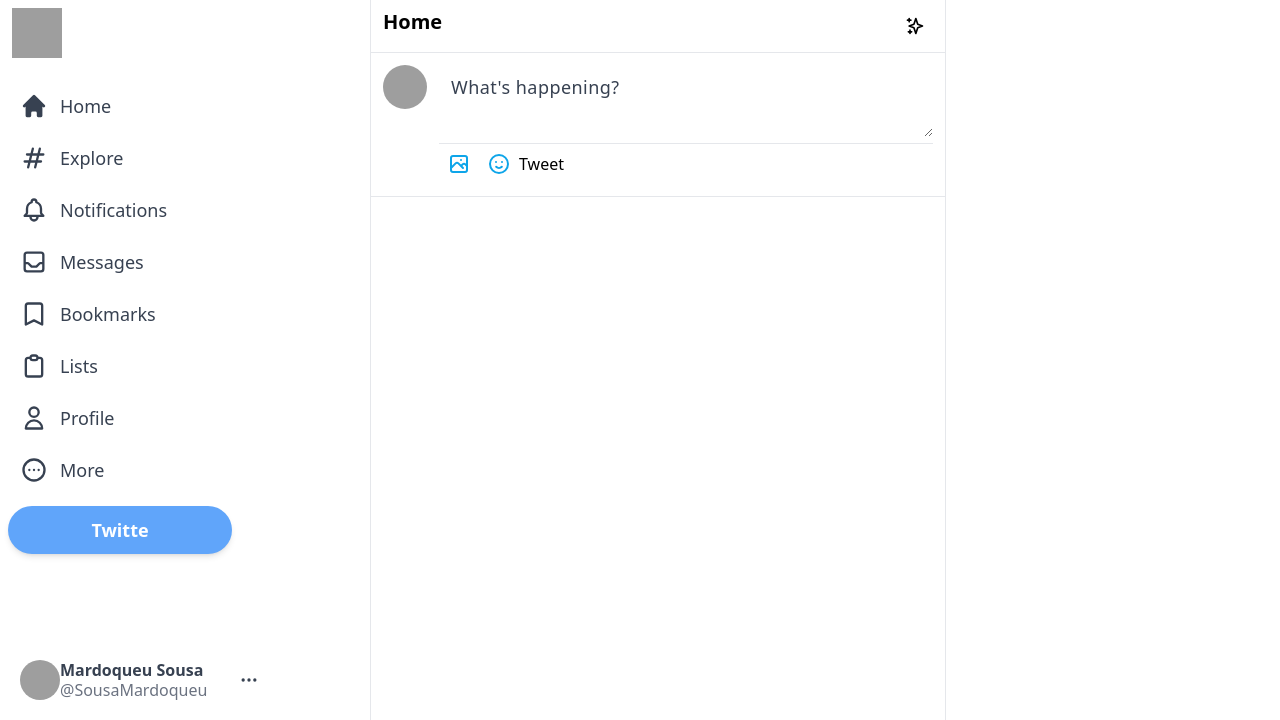
Repository: Mardoqueu/twitter
Page: /
An editor plug-in stored every save of this project. The page is shown before and after the next save, followed by the edit.
The browser window is 1280 px wide. The pictures show the whole page.
Pictures or frames that could not be fetched are drawn as grey boxes. The project was rebuilt for these pictures with package versions that can differ from the ones it lists, and the page was loaded fresh each time. The framework's server and built-in components were replaced by stand-ins that run in the browser. Also part of the build but not shown: next.config.js.

Above is the page before, as saved 2022-09-02 08:18:13.

### pages/index.js
import Head from "next/head";
import Sidebar from '../components/Sidebar';
import Feed from '../components/Feed';


export default function Home() {
  return (
    <div >
      <Head>
        <title>Twitter Clone</title>
        <meta name="description" content="Generated by create next app" />
        <link rel="icon" href="/favicon.ico" />
      </Head>

    <main className='flex min-h-screen max-w-7xl mx-auto '>
      {/* Sidebar */}
      <Sidebar />

      {/* Feed */}
      <Feed/>
      {/* Widgets */}

      {/* Modal */}

    </main>


    </div>
  )
}

### styles/globals.css
@tailwind base;
@tailwind components;
@tailwind utilities;

@layer components{
    .hoverEffect {
        @apply cursor-pointer hover:bg-gray-200 rounded-full w-[52px] xl:w-auto h-[52px] xl:h-auto xl:p-3
    }
}

### components/Sidebar.js
import Image from "next/image"
import SidebarMenuItem from "./SidebarMenuItem"
import { HomeIcon } from '@heroicons/react/solid'
import { BellIcon, BookmarkIcon, ClipboardIcon, DotsCircleHorizontalIcon, DotsHorizontalIcon, HashtagIcon, InboxIcon, UserIcon } from '@heroicons/react/outline'

export default function Sidebar() {
  return (
    <div className="hidden sm:flex flex-col p-2 xl:items-start fixed h-full">
        {/* Twitter logo */}
        <div className="hoverEffect p-0 hover:bg-blue-100 xl:px-1">
            <Image
            width="50"
            height="50"
            src="https://help.twitter.com/content/dam/help-twitter/brand/logo.png"></Image>
        </div>

        {/* Menu */}

        <div className="mt-4 mb-2.5 xl:items-start">
        <SidebarMenuItem text="Home" Icon={HomeIcon} active/>
        <SidebarMenuItem text="Explore" Icon={HashtagIcon} />
        <SidebarMenuItem text="Notifications" Icon={BellIcon} />
        <SidebarMenuItem text="Messages" Icon={InboxIcon} />
        <SidebarMenuItem text="Bookmarks" Icon={BookmarkIcon} />
        <SidebarMenuItem text="Lists" Icon={ClipboardIcon} />
        <SidebarMenuItem text="Profile" Icon={UserIcon} />
        <SidebarMenuItem text="More" Icon={DotsCircleHorizontalIcon} />
      </div>

        {/* Button */}

        <button className="bg-blue-400 text-white rounded-full w-56 h-12 font-bold shadow-md hover:brightness-95 text-lg hidden xl:inline">Twitte</button>

        {/* Mini-profile */}
        <div className="hoverEffect text-gray-700 flex items-center justify-center xl:justify-start mt-auto">
            <img
            src="https://media-exp1.licdn.com/dms/image/C4E03AQF1Icbg9ibKSQ/profile-displayphoto-shrink_800_800/0/1656524327808?e=1667433600&v=beta&t=zLj1VuO7UnlyGXgtGnCIGGm6Xel0rldXOa9ES50GV3c"
            alt="user-img"
            className="h-10 w-10 rounded-full"/>
            <div className="leading-5 hidden xl:inline">
                <h4 className="font-bold">Mardoqueu Sousa</h4>
                <p className="text-gray-500">@SousaMardoqueu</p>
            </div>
            <DotsHorizontalIcon className="h-5 xl:ml-8"/>
        </div>
    </div>
  )
}

### components/Feed.js
import { SparklesIcon } from '@heroicons/react/outline'
import Input from '../components/Input';


export default function Feed() {
  return (
    <div className="xl:ml-[370px] border-l border-r border-gray-200 border-gray-200  xl:min-w-[576px] sm:ml-[73px] flex-grow max-w-xl">
       {/* div is covering the header section taht has an edge to tag  */}
        <div className='flex py-2 px-3 sticky top-0 z-50 bg-white border-b border-gray-200'>
              <h2 className="text-lg sm:text-xl font-bold cursor-pointer">Home</h2>
              <div className='hoverEffect flex items-center justify-center px-0 ml-auto w-9 h-9'>
                    <SparklesIcon className='h-5'/>
              </div>
        </div>
        <Input/>
    </div>
  )
}

### components/SidebarMenuItem.js
import React from 'react'

export default function SidebarMenuItem({text, Icon}) {
  return (
    <div className="hoverEffect flex items-center text-gray-700 justify-center xl:justify-start text-lg space-x-3">
      <Icon className="h-7" />
      <span className={'${active && "font-bold"} hidden xl:inline'}>{text}</span>

    </div>
  )
}

### components/Input.js
import { EmojiHappyIcon, PhotographIcon } from "@heroicons/react/outline";

export default function Input() {
  return (
    <div className="flex border-b border-gray-200 p-3 space-x-3">
        <img src="https://media-exp1.licdn.com/dms/image/C4E03AQF1Icbg9ibKSQ/profile-displayphoto-shrink_800_800/0/1656524327808?e=1667433600&v=beta&t=zLj1VuO7UnlyGXgtGnCIGGm6Xel0rldXOa9ES50GV3c"
        alt="user-img"
        className="h-11 w-11 rounded-full cursor-pointer hover:brightness-95"/>
        <div className="w-full divide-y divide-gray-200">
            <div className="">
                <textarea className="w-full border-none focus:ring-0 text-lg placeholder-gray-700 tracking-wide mini-h-[50px] text-gray-700"  rows="2" placeholder="What's happening?"></textarea>
            </div>
            <div className="flex items-center">
                <div className=" flex">
                    <PhotographIcon className="h-10 w-10 hoverEffect p-2 text-sky-500 hover:bg-sky-500"/>
                    <EmojiHappyIcon className="h-10 w-10 hoverEffect p-2 text-sky-500 hover:bg-sky-500"/>
                </div>
            <button>Tweet</button>
            </div>
        </div>
    </div>
  )
}

### tailwind.config.js
/** @type {import('tailwindcss').Config} */
module.exports = {
  content: [
    "./pages/**/*.{js,ts,jsx,tsx}",
    "./components/**/*.{js,ts,jsx,tsx}",
  ],
  theme: {
    extend: {},
  },
  plugins: [require('@tailwindcss/forms')],
}

Loaded but not shown: pages/_app.js (common file)

After the next save:
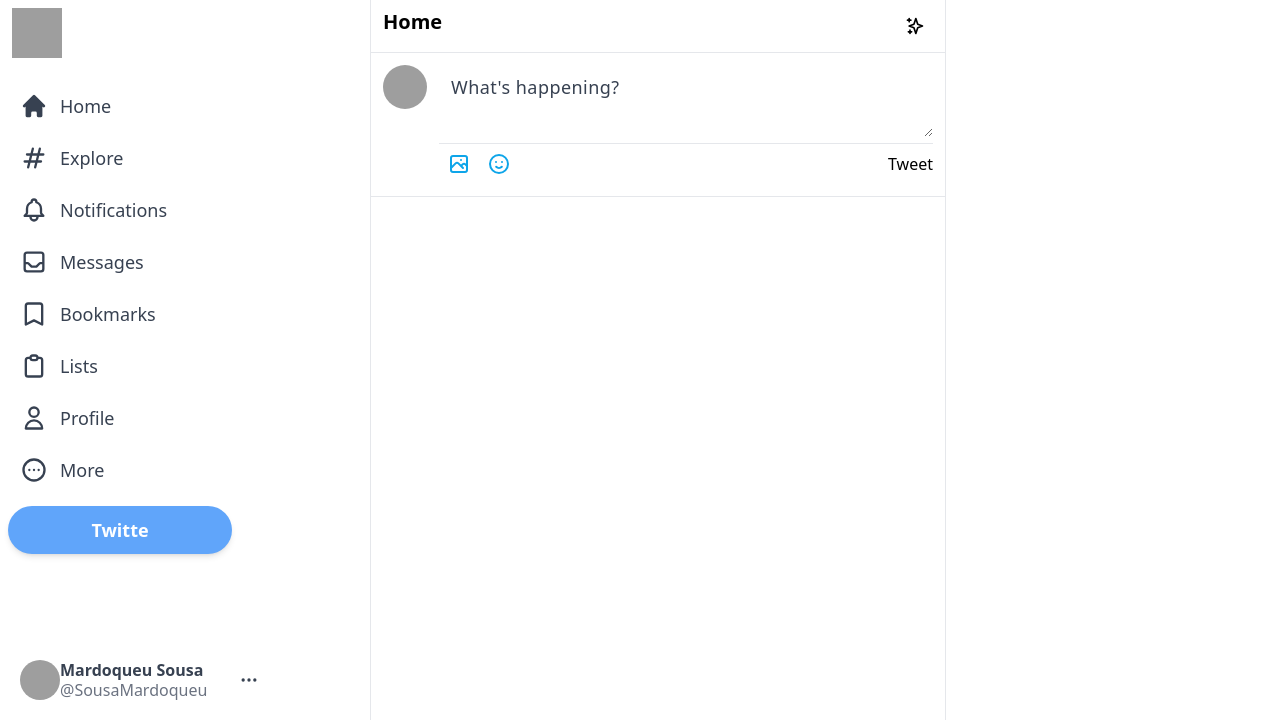
Saved 19 s later.
--- a/components/Input.js
+++ b/components/Input.js
@@ -10,7 +10,7 @@
             <div className="">
                 <textarea className="w-full border-none focus:ring-0 text-lg placeholder-gray-700 tracking-wide mini-h-[50px] text-gray-700"  rows="2" placeholder="What's happening?"></textarea>
             </div>
-            <div className="flex items-center">
+            <div className="flex items-center justify-between">
                 <div className=" flex">
                     <PhotographIcon className="h-10 w-10 hoverEffect p-2 text-sky-500 hover:bg-sky-500"/>
                     <EmojiHappyIcon className="h-10 w-10 hoverEffect p-2 text-sky-500 hover:bg-sky-500"/>
